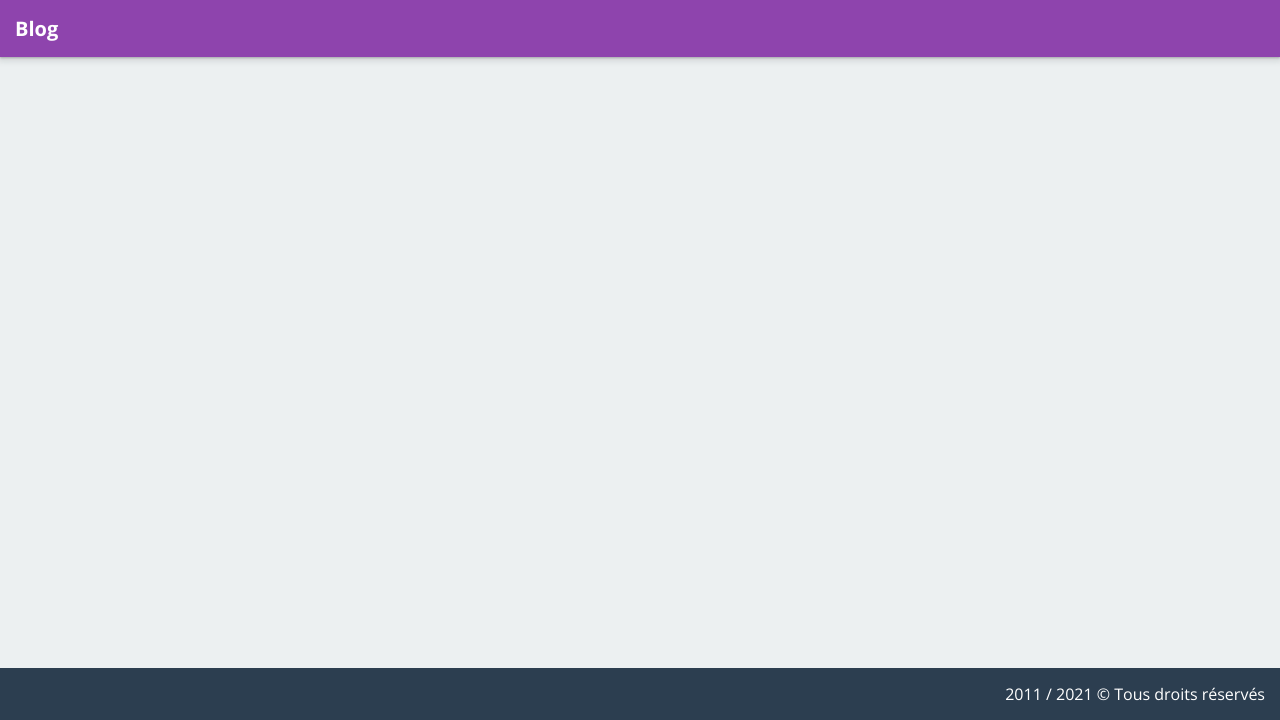
Repository: Yannis699/Projet_blog
Page: http://localhost/
An editor plug-in stored every save of this project. The page is shown before and after the next save, followed by the edit.
The browser window is 1280 px wide. The pictures show the whole page.
The page is run by PHP 8.4 with error messages shown; the project is at /var/www/html/.

Above is the page before, as saved 2022-05-19 21:04:01.

After the next save:
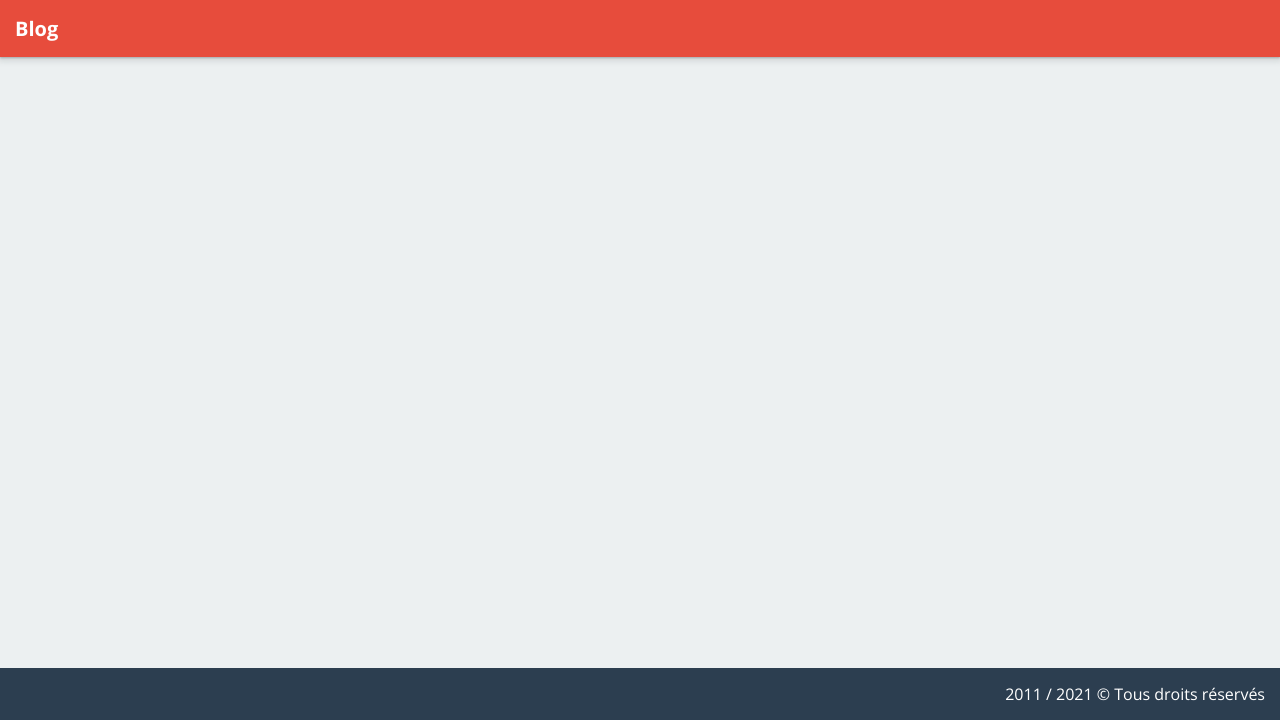
Saved 13 s later.
--- a/blog/public/css/style.css
+++ b/blog/public/css/style.css
@@ -1,7 +1,7 @@
 /* theme */
 :root {
   --font-family: 'Open Sans', sans-serif;
-  --primary: #8e44ad;
+  --primary: #e74c3c;
   --dark: #2c3e50;
   --danger: #e74c3c;
   --background-light: #ecf0f1;
